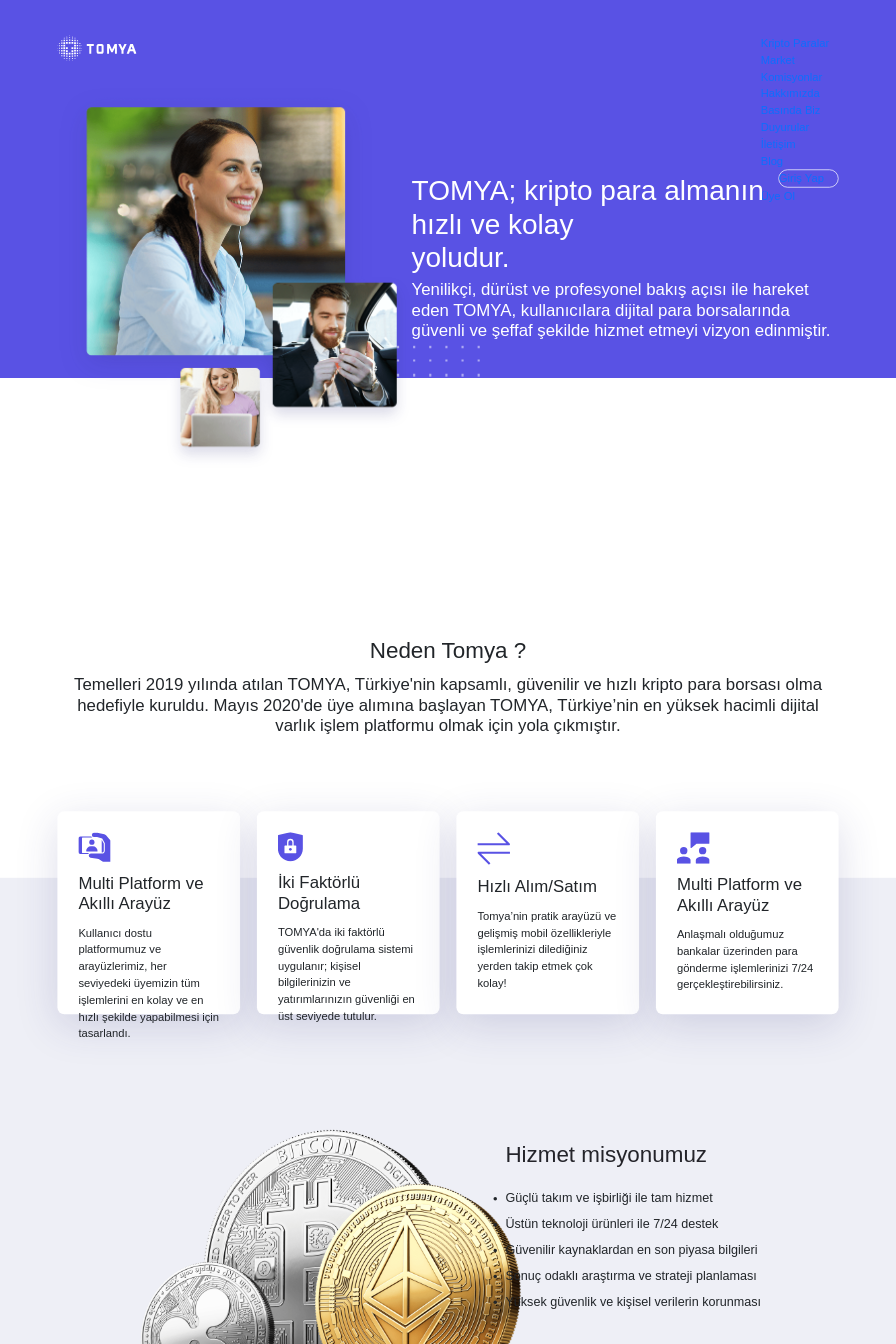
Repository: ezgibayrakli/TomyaProje
Page: index copy.html
An editor plug-in stored every save of this project. The page is shown before and after the next save, followed by the edit.
The browser window is 1280 px wide. The pictures show the part of the page from y = 0 to 1920 px (the page is 5181 px tall), at 70% of full size.
Some web fonts or font styles are not loaded; a fallback is used.

Above is the page before, as saved 2023-07-06 13:31:33.

### index copy.html
<!DOCTYPE html>
<html lang="en">
<head>
    <meta charset="UTF-8">
    <meta name="viewport" content="width=device-width, initial-scale=1.0">
    <!-- BOOTSTRAP -->
    <link href="https://cdn.jsdelivr.net/npm/bootstrap@5.1.3/dist/css/bootstrap.min.css" rel="stylesheet" integrity="sha384-1BmE4kWBq78iYhFldvKuhfTAU6auU8tT94WrHftjDbrCEXSU1oBoqyl2QvZ6jIW3" crossorigin="anonymous">
    <link rel="stylesheet" href="style.css">
    <title>Hakkımızda-Tomya</title>
</head>
<body>
    <!-- HEADER START -->
    <section id="header">
        <div class="header">
            <div class="container">
                <div class="header-navbar">
                    <div class="header-logo">
                        <img src="photo/tomya-logo.svg" alt="">
                    </div>
                    <div class="header-menu">
                        <ul id="menu-items" style="max-height: 0px;">
                            <li><a href="#">Kripto Paralar</a></li>
                            <li><a href="#">Market</a></li>
                            <li><a href="#">Komisyonlar</a></li>
                            <li><a href="#">Hakkımızda</a></li>
                            <li><a href="#">Basında Biz</a></li>
                            <li><a href="#">Duyurular</a></li>
                            <li><a href="#">İletişim</a></li>
                            <li><a href="#">Blog</a></li>
                            <li class="enter"><a href="#">Giriş Yap</a></li>
                            <li><a href="#">Üye Ol</a></li>
                        </ul>
                        <i class="fa-solid fa-bars" id="menu-toggle" onclick="menuToggle()"></i>
                    </div>
                </div>
                <div class="header-text">
                    <div class="header-about-img">
                        <span class="icons-header"></span>
                        <img src="photo/aboutus-banner.png" alt="">
                    </div>
                    <div class="header-about-text">
                        <h1>TOMYA; kripto para almanın <br> hızlı ve kolay <br> yoludur.</h1>
                        <h4>Yenilikçi, dürüst ve profesyonel bakış açısı ile hareket eden TOMYA, kullanıcılara dijital para borsalarında güvenli ve şeffaf şekilde hizmet etmeyi vizyon edinmiştir.</h4>
                    </div>

                </div>
                </div>
            </div>
        </div>
    </section>
    <!-- HEADER END -->

    <!-- MAIN MENU START -->
    <section id="mainmenu">
        <div class="main-menu">
            <div class="container">
              <h2 class="text-md-center mt-5">Neden Tomya ?</h2>
              <h4 class="text-md-center mt-3">Temelleri 2019 yılında atılan TOMYA, Türkiye'nin kapsamlı, güvenilir ve hızlı kripto para borsası olma hedefiyle kuruldu. Mayıs 2020'de üye alımına başlayan TOMYA, Türkiye’nin en yüksek hacimli dijital varlık işlem platformu olmak için yola çıkmıştır.</h4>
            <div class="row">
                <div class="col-sm-12 col-md-3">
                    <div class="box">
                        <img src="photo/ic-selfie.svg" alt="">
                        <div class="box-text">
                            <h4 class="mt-3">Multi Platform ve Akıllı Arayüz</h4>
                            <p class="mt-3">Kullanıcı dostu platformumuz ve arayüzlerimiz, her seviyedeki üyemizin tüm işlemlerini en kolay ve en hızlı şekilde yapabilmesi için tasarlandı.</p>
                        </div>
                    </div>
                </div>
                <div class="col-sm-12 col-md-3">
                    <div class="box">
                        <img src="photo/ic-privacy.svg" alt="">
                        <div class="box-text">
                            <h4 class="mt-3">İki Faktörlü Doğrulama</h4>
                            <p class="mt-3">TOMYA'da iki faktörlü güvenlik doğrulama sistemi uygulanır; kişisel bilgilerinizin ve yatırımlarınızın güvenliği en üst seviyede tutulur.</p>
                        </div>
                    </div>
                </div>
                <div class="col-sm-12 col-md-3">
                    <div class="box">
                        <img src="photo/ic-sellbuy.svg" alt="">
                        <div class="box-text">
                            <h4 class="mt-3">Hızlı Alım/Satım</h4>
                            <p class="mt-3">Tomya’nin pratik arayüzü ve gelişmiş mobil özellikleriyle işlemlerinizi dilediğiniz yerden takip etmek çok kolay!</p>
                        </div>
                    </div>
                </div>
                <div class="col-sm-12 col-md-3">
                    <div class="box">
                        <img src="photo/ic-support.svg" alt="">
                        <div class="box-text">
                            <h4 class="mt-3">Multi Platform ve Akıllı Arayüz</h4>
                            <p class="mt-3">Anlaşmalı olduğumuz bankalar üzerinden para gönderme işlemlerinizi 7/24 gerçekleştirebilirsiniz.</p>
                        </div>
                    </div>
                </div>
            </div>
            </div>
        </div>
        <div class="main-menu-two">
            <div class="container">
                <div class="row">
                    <div class="col-sm-12 col-md-6 coins">
                        <img src="photo/aboutus-coins.png" alt="">
                    </div>
                    <div class="col-sm-12 col-md-6 coins-text">
                        <h2 class="mt-3">Hizmet misyonumuz</h2>
                        <ul class="coins-text-ul">
                            <li>Güçlü takım ve işbirliği ile tam hizmet</li>
                            <li>Üstün teknoloji ürünleri ile 7/24 destek</li>
                            <li>Güvenilir kaynaklardan en son piyasa bilgileri</li>
                            <li>Sonuç odaklı araştırma ve strateji planlaması</li>
                            <li>Yüksek güvenlik ve kişisel verilerin korunması</li>
                        </ul>
                    </div>

                </div>
            </div>
        </div>
        <div class="main-menu-three">
            <div class="container">
                <h2 >İş Ortaklarımız</h2>
                <div class="row">
                        <div class="col-sm-12 col-md-6 bctr-img">
                            <img src="photo/BCTR-logo.png" alt="">
                        </div>
                        <div class="col-sm-12 col-md-6 mt-auto mb-auto ">
                            <p>Tomya Teknoloji A.Ş. olarak kripto ekosisteminde faaliyetlerimize hız kesmeden devam ediyoruz. Türkiye’de sürdürülebilir blockchain ekosistemi oluşturan, bu teknoloji ile yeni dönem iş yapış biçimlerinin önündeki zorlukların giderilmesine yönelik çalışmaları bulunan Blockchain Türkiye Platformu'na platin üye olduk.</p>
                        </div>
                </div>
            </div>
        </div>
        <div class="main-menu-four">
    <div class="container">
        <div class="row">
            <div class="col-sm-6">
                <h2>TOMYA'yı Sosyal Medyada Takip Edin</h2>
                <h3 class="mt-3">Dijital para borsalarındaki diğer yatırımcılarla bağlantı kurmak, promosyonlar hakkında bilgi almak ve yatırım stratejilerini tartışmak için TOMYA'yı sosyal medya üzerinden takip edebilirsiniz.</h3>
                <a href="#" ><img src="photo/followTwitter.svg" alt="" class="mt-5"></a>
            </div>
                <div class="col-sm-6 twitter-img">
                    <img  alt="img_twitter_social" src="photo/img_twitter_social.png">
                </div>
            </div>
    </div>
        </div>
        <div class="main-menu-five">
            <div class="container">
                <div class="box">
                    <div class="row">
                        <div class="col-md-4">
                            <h2>Basın Kiti</h2>
                        </div>
                        <div class="col-md-8">
                            <h3>Markamıza ait logomuzun medya kanallarında ya da farklı mecralarda en doğru şekilde kullanımı için basın materyallerini indirebilirsiniz.</h3>
                        </div>
                    </div>
                    <div class="row" style="height: 200px;margin-top: 45px;">
                        <div class="col-md-2 bg-white" style="margin-right:20px;border-radius: 10px;">
                            <h6 style="margin-top: 150px;text-align: center;">Logo Kullanımı</h6>
                        </div>
                        <div class="col bg-white" style="border-radius: 10px;">
                            <div class="row">
                                <div class="col-md-3">
                                    <h6 style="margin-top: 140px;text-align: center;">Renkli ve <br>
                                        Siyah/Beyaz kullanım</h6>
                                </div>
                                <div class="col-md-3">
                                    <h6 style="margin-top: 140px;text-align: center;">Logo baskı, web ve <br>
                                        HEX renk kodları</h6></div>
                                <div class="col-md-6">
                                <a href="#">
                                    <h6 class="btn-outline" style="margin-top: 140px;text-align: center;">
                                        Basın Kitini İndir
                                    </h6>
                                </a>
                                </div>
                        </div>

                    </div>
                </div>
            </div>
        </div>
    </section>
    <!-- MAIN MENU END -->

    <!-- FOOTER START -->
    <div class="footer">
        <div class="footer-one mt-5">
            <div class="container">
                <div class="wrap d-flex align-items-start flex-lg-row flex-column">
                    <h3>Avantajlı Kripto İşlemleri</h3>
                    <h5 class="w-100 ml-lg-3 mt-lg-0 ">TOMYA, müşterilerine güvenilir ve șeffaf hizmet anlayışının yanında düșük komisyon prensipleri de sunar. TOMYA ile dijital para borsalarındaki alım satım deneyiminizi en üst noktaya çıkarabilirsiniz.</h5>
                    <a href="#" class="btn mr-auto ml-auto  mr-lg-0 mt-lg-0 ">Hesap Oluştur</a>
                </div>
            </div>
        </div>
    <footer class="footer-two footer">
    <div class="container">
        <div class="row">
            <div class="col-md-2 items">
                <h6>Kurumsal</h6>
                <ul>
                    <li><a href="#">Kullanıcı Sözleşmesi</a></li>
                    <li><a href="#">Gizlilik ve Çerez Politikası</a></li>
                    <li><a href="#">Kişisel Verilerin Korunması</a></li>
                    <li><a href="#">Açık Rıza Ve Dijital İletişim İzni Beyanı</a></li>
                    <li><a href="#">Hakkımızda</a></li>
                    <li><a href="#">İletişim</a></li>
                </ul>
            </div>
            <div class="col-md-2 items">
                <h6>Kullanıcılar için</h6>
                <ul>
                    <li><a href="#">Blog</a></li>
                    <li><a href="#">Basında Biz</a></li>
                    <li><a href="#">Sıkça Sorulan Sorular</a></li>
                    <li><a href="#">Kripto Hesaplayıcı</a></li>
                    <li><a href="#">Kripto Sözlük</a></li>
                    <li><a href="#">Duyurular</a></li>
                    <li><a href="#">Limitler</a></li>
                    <li><a href="#">Para Yatırma ve Çekme Platformları</a></li>
                    <li><a href="#">Kara Para Aklamayı Önleme Politikası</a></li>
                    <li><a href="#">Müşterini Tanı (KYC) Politikası</a></li>

                </ul>
            </div>
            <div class="col-md-2 items">
                <h6>Kripto paralar</h6>
            <ul >
                    <li><a href="#">Bitcoin</a></li>
                    <li><a href="#">Ethereum</a></li>
                    <li><a  href="#">Ripple</a></li>
                    <li> <a  href="#">Litecoin</a></li>
                    <li><a  href="#">Tether</a></li>
                    <li> <a  href="#">Chainlink</a></li>
                    <li> <a  href="#">Polkadot</a></li>
                    <li> <a  href="#">Avalanche</a></li>
                    <li><a  href="#">Binance Coin</a></li>
                    <li>  <a  href="#">Pancakeswap</a></li>
                    <li> <a  href="#">Solana</a></li>
                    <li><a  href="#">NEAR Protocol</a></li>
                    <li> <a  href="#">ApeCoin</a></li>
                    <li><a  href="#">Uniswap</a></li>
                    <li><a  href="#">Fantom</a></li>
                    <li><a  href="#">Curve DAO</a></li>
                    <li> <a  href="#">Ethereum Classic</a></li>
            </ul>
            </div>
            <div class="col-md-2 items mt-4">
            <ul>
                <li><a href="#">Dogecoin</a></li>
                <li> <a href="#">Cardano</a></li>
                <li><a href="#">NEO</a></li>
                <li>  <a href="#">Chiliz</a></li>
                <li><a href="#">Holochain</a></li>
                <li> <a href="#">BitTorrent Chain</a></li>
                <li><a href="#">Decentraland</a></li>
                <li><a href="#">The Sandbox</a></li>
                <li> <a href="#">Shiba Inu</a></li>
                <li><a href="#">Polygon</a></li>
                <li> <a href="#">PAX Gold</a></li>
                <li> <a href="#">Cosmos</a></li>
                <li><a href="#">Enjin Coin</a></li>
                <li> <a href="#">VeChain</a></li>
                <li><a href="#">THORChain </a></li>
                <li> <a href="#">Oasis Network</a></li>

            </ul>
            </div>
            <div class="col-md-2 items">
                <h6>Rehber</h6>
                <ul>
                <li>  <a href="#">Bitcoin al</a></li>
                <li><a href="#">Ethereum al</a></li>
                <li> <a href="#">Ripple al</a></li>
                <li><a href="#">Litecoin al</a></li>
                <li> <a href="#">Tether al</a></li>
                <li> <a href="#">Chainlink al</a></li>
                <li><a href="#">Polkadot al</a></li>
                <li><a href="#">Avalanche al</a></li>
                <li> <a href="#">Binance Coin al</a></li>
                <li> <a href="#">Pancakeswap al</a></li>
                <li><a href="#">Solana al</a></li>
                <li><a href="#">NEAR Protocol al</a></li>
                <li><a href="#">ApeCoin al</a></li>
                <li> <a href="#">Uniswap al</a></li>
                <li>  <a href="#">Fantom al</a></li>
                <li><a href="#">Curve DAO al</a></li>
                <li><a href="#">Ethereum Classic al</a></li>

            </ul>
            </div>
            <div class="col-md-2 items mt-4">
            <ul>
                <li>   <a href="#">Dogecoin al</a></li>
                <li> <a href="#">Cardano al</a></li>
                <li><a href="#">NEO al</a></li>
                <li><a href="#">Chiliz al</a></li>
                <li><a href="#">Holochain al</a></li>
                <li> <a href="#">BitTorrent Chain al</a></li>
                <li> <a href="#">Decentraland al</a></li>
                <li><a href="#">The Sandbox al</a></li>
                <li><a href="#">Shiba Inu al</a></li>
                <li><a href="#">Polygon al</a></li>
                <li><a href="#">PAX Gold al</a></li>
                <li> <a href="#">Cosmos al</a></li>
                <li> <a href="#">Enjin Coin al</a></li>
                <li><a href="#">VeChain al</a></li>
                <li><a href="#">THORChain al</a></li>
                <li><a href="#">Oasis Network al</a></li>

            </ul>
            </div>
        </div>
        <hr class="mt-5" style="color: gray;">
      <div class=" pt-5 d-flex justify-content-lg-between flex-lg-row flex-column align-items-lg-center">
            <div>
            <h6 >TOMYA TEKNOLOJİ A.Ş. <br>Maslak Mah. Saat Sok. Spine Tower No: 5/10, <br>Sarıyer / İstanbul </h6>
            <br><h6 >Tel: 0(212) 807 10 71(72-73)</h6>
        </div>
        <div>
        <div class="social d-flex justify-content-lg-end mt-lg-0 mt-5">
            <a class="mr-4" href="https://www.facebook.com/tomya.com" target="_blank"><img  alt="facebook-ikon" src="photo/ic-fb.svg"></a>
            <a class="mr-4" href="https://twitter.com/tomyacom" target="_blank"><img  alt="twitter-ikon" src="photo/ic-tw.svg"></a>
            <a class="mr-4" href="https://www.instagram.com/tomyacom/" target="_blank"><img alt="instagram-ikon" src="photo/ic-ins.svg"></a>
            <a class="mr-4" href="https://t.me/tomyacom" target="_blank"><img alt="telegram-ikon" src="photo/ic-telegram.svg"></a>
            <a class="mr-4" href="https://www.youtube.com/channel/UCSOpFT_5xJLvf6yfXIyxDlQ" target="_blank"><img alt="yt-ikon" src="photo/ic-yt-logo.svg"></a>
        </div>
        </div>
       </div>
       <div class="row">
        <h6 class="mt-5 mb-5 tomya-end">Tüm Hakları Saklıdır. © 2021 - TOMYA <br> TOMYA TEKNOLOJİ A.Ş. <br> Mersis No: 0850062440300001</h6>
       </div>
    </div>
       </footer>

    </div>
    <!-- FOOTER END -->

    <script src="tomya.js"></script>
    <script src="https://cdn.jsdelivr.net/npm/bootstrap@5.1.3/dist/js/bootstrap.bundle.min.js" integrity="sha384-ka7Sk0Gln4gmtz2MlQnikT1wXgYsOg+OMhuP+IlRH9sENBO0LRn5q+8nbTov4+1p" crossorigin="anonymous"></script>
    <!-- SAYFAMIZIN NETWORK KISMINDAN UYGULANIP UYGULANMADIGINI GORURUZ -->
</body>
</html>

Loaded but not shown: style.css (302 lines, source omitted); tomya.js (no copy from this time; the picture is the same without it)

After the next save:
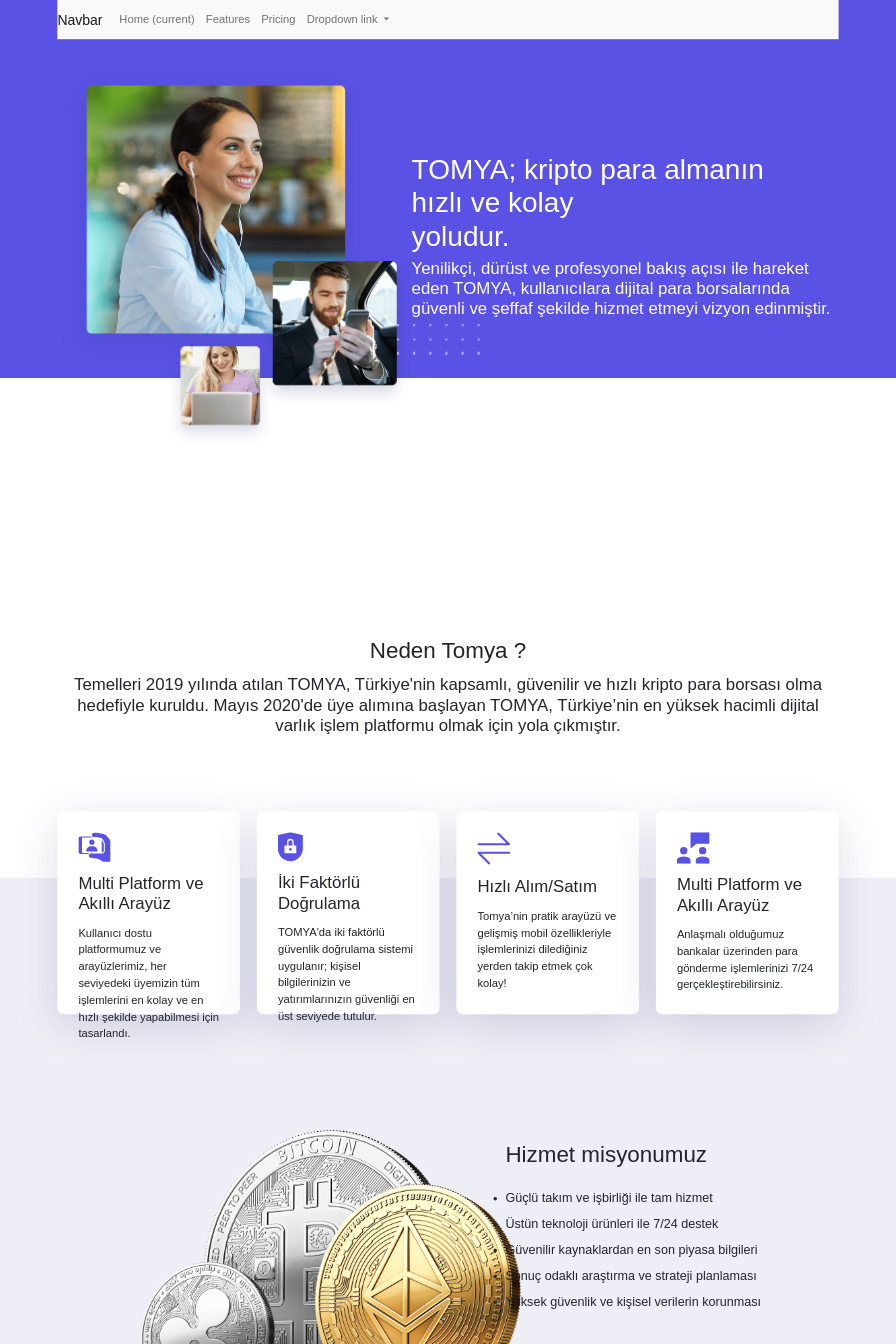
Saved 7 s later.
--- a/index copy.html
+++ b/index copy.html
@@ -13,26 +13,35 @@
     <section id="header">
         <div class="header">
             <div class="container">
-                <div class="header-navbar">
-                    <div class="header-logo">
-                        <img src="photo/tomya-logo.svg" alt="">
-                    </div>
-                    <div class="header-menu">
-                        <ul id="menu-items" style="max-height: 0px;">
-                            <li><a href="#">Kripto Paralar</a></li>
-                            <li><a href="#">Market</a></li>
-                            <li><a href="#">Komisyonlar</a></li>
-                            <li><a href="#">Hakkımızda</a></li>
-                            <li><a href="#">Basında Biz</a></li>
-                            <li><a href="#">Duyurular</a></li>
-                            <li><a href="#">İletişim</a></li>
-                            <li><a href="#">Blog</a></li>
-                            <li class="enter"><a href="#">Giriş Yap</a></li>
-                            <li><a href="#">Üye Ol</a></li>
-                        </ul>
-                        <i class="fa-solid fa-bars" id="menu-toggle" onclick="menuToggle()"></i>
-                    </div>
-                </div>
+                <nav class="navbar navbar-expand-lg navbar-light bg-light">
+                    <a class="navbar-brand" href="#">Navbar</a>
+                    <button class="navbar-toggler" type="button" data-toggle="collapse" data-target="#navbarNavDropdown" aria-controls="navbarNavDropdown" aria-expanded="false" aria-label="Toggle navigation">
+                      <span class="navbar-toggler-icon"></span>
+                    </button>
+                    <div class="collapse navbar-collapse" id="navbarNavDropdown">
+                      <ul class="navbar-nav">
+                        <li class="nav-item active">
+                          <a class="nav-link" href="#">Home <span class="sr-only">(current)</span></a>
+                        </li>
+                        <li class="nav-item">
+                          <a class="nav-link" href="#">Features</a>
+                        </li>
+                        <li class="nav-item">
+                          <a class="nav-link" href="#">Pricing</a>
+                        </li>
+                        <li class="nav-item dropdown">
+                          <a class="nav-link dropdown-toggle" href="#" id="navbarDropdownMenuLink" data-toggle="dropdown" aria-haspopup="true" aria-expanded="false">
+                            Dropdown link
+                          </a>
+                          <div class="dropdown-menu" aria-labelledby="navbarDropdownMenuLink">
+                            <a class="dropdown-item" href="#">Action</a>
+                            <a class="dropdown-item" href="#">Another action</a>
+                            <a class="dropdown-item" href="#">Something else here</a>
+                          </div>
+                        </li>
+                      </ul>
+                    </div>
+                  </nav>
                 <div class="header-text">
                     <div class="header-about-img">
                         <span class="icons-header"></span>
